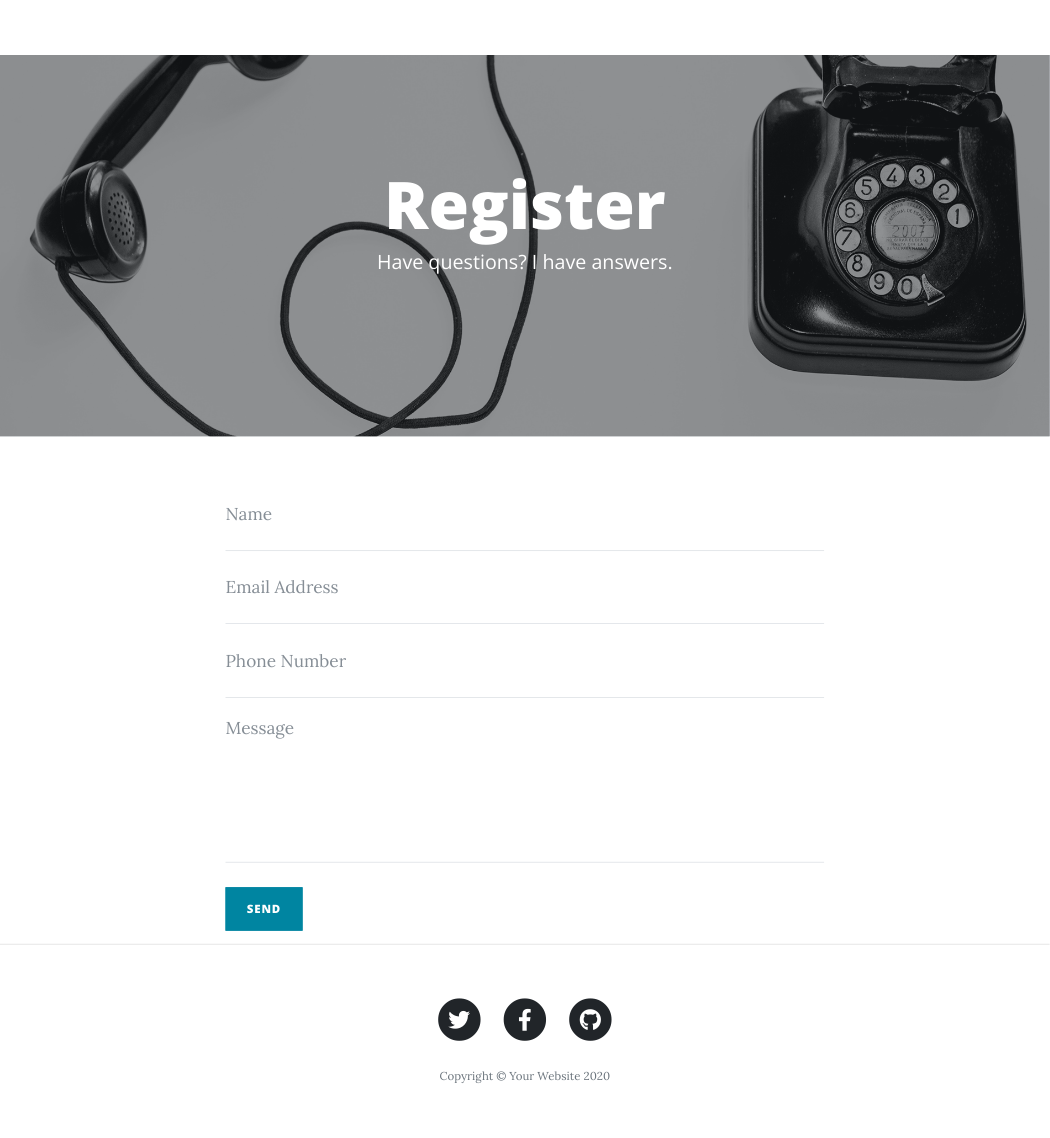
Repository: elvinyeka/elvin-blog
Page: http://localhost/register
These files come from the project's save history. The page is drawn as it stood at one moment and after the next save; the edit follows.
The browser window is 1280 px wide. The pictures show the whole page, at 82% of full size.
The page is served by the project's application, run on Flask 3 (CLEANBLOG/__init__.py).

Above is the page before, as saved 2020-10-12 01:25:08.

After the next save:
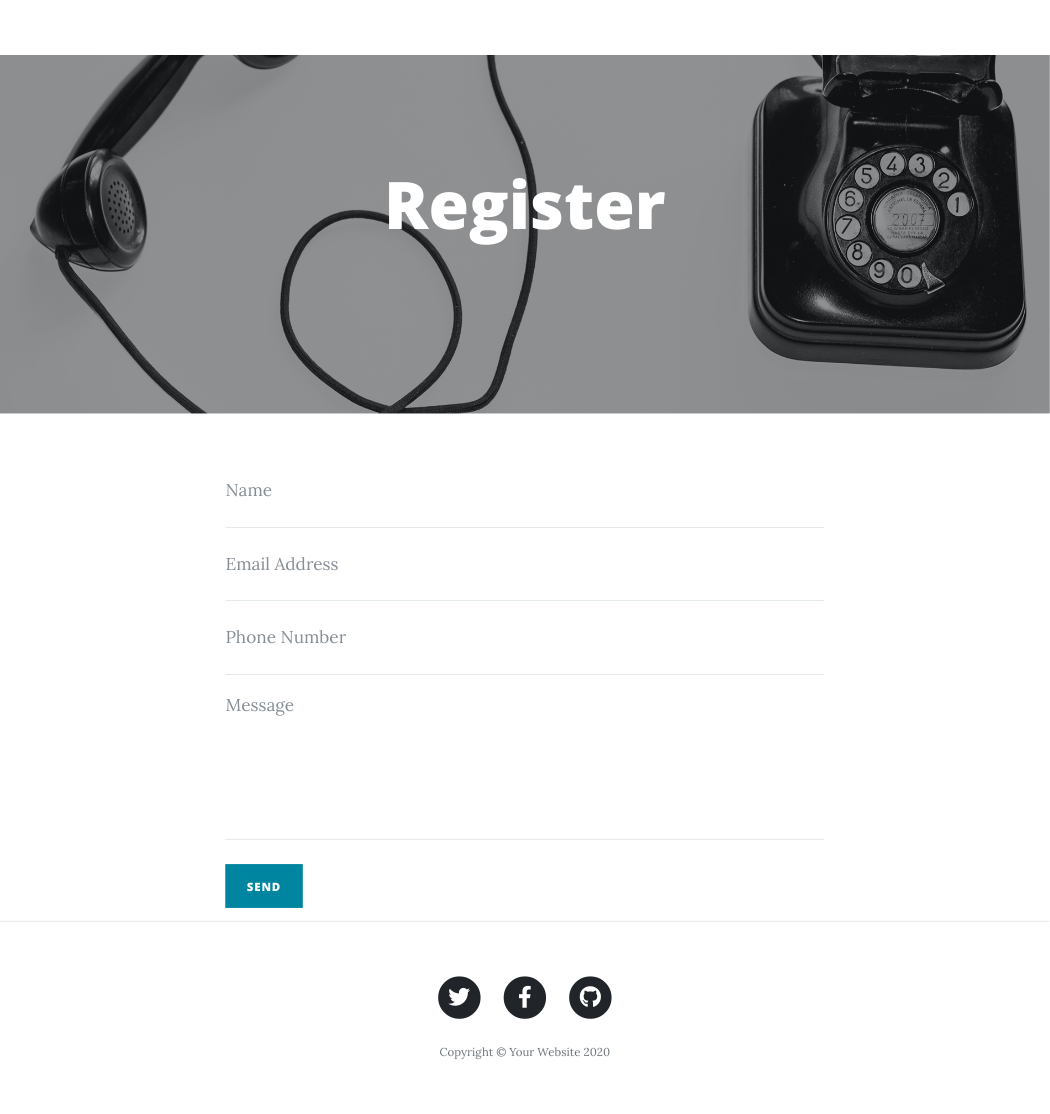
Saved 34 s later.
--- a/CLEANBLOG/templates/register.html
+++ b/CLEANBLOG/templates/register.html
@@ -8,7 +8,7 @@
             <div class="col-lg-8 col-md-10 mx-auto">
                 <div class="page-heading">
                     <h1>Register</h1>
-                    <span class="subheading">Have questions? I have answers.</span>
+
                 </div>
             </div>
         </div>
